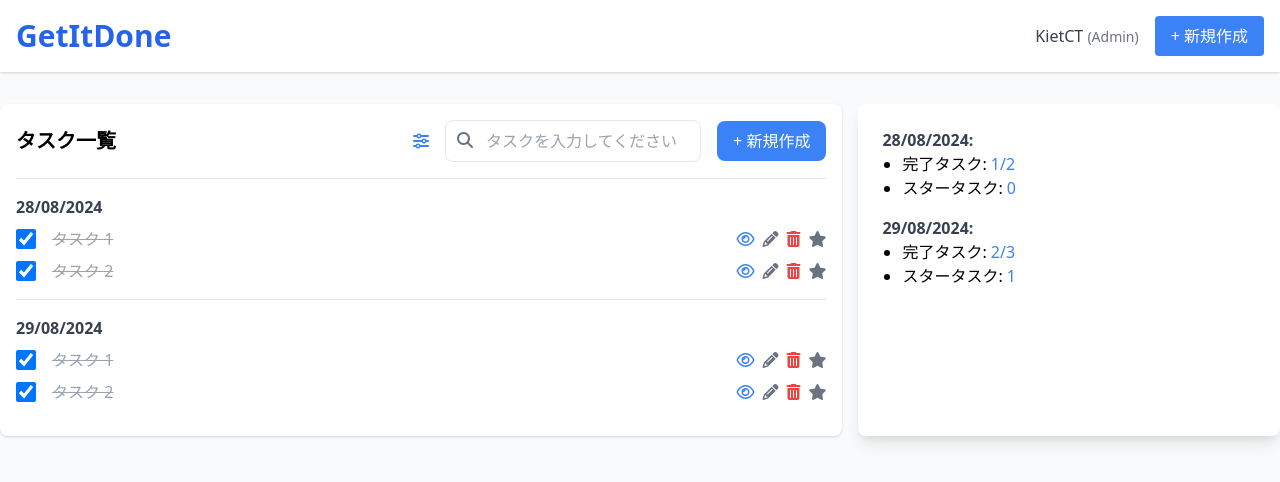
Repository: TuanAnhNguyen723/todolist
Page: mainscreen.html
The author's editor kept a copy of each file at every save. The page is drawn from the files as they stood at one save, then again after the next save.
The browser window is 1280 px wide. The pictures show the whole page.
Some web libraries are served in a nearby version.

Above is the page before, as saved 2024-09-24 22:01:32.

### mainscreen.html
<!DOCTYPE html>
<html lang="ja">
  <head>
    <meta charset="UTF-8" />
    <meta name="viewport" content="width=device-width, initial-scale=1.0" />
    <title>GetItDone Task List</title>
    <link
      href="https://cdn.jsdelivr.net/npm/tailwindcss@2.2.19/dist/tailwind.min.css"
      rel="stylesheet"
    />
    <link
      rel="stylesheet"
      href="https://cdnjs.cloudflare.com/ajax/libs/font-awesome/6.6.0/css/all.min.css"
    />
  </head>
  <body class="bg-gray-50">
    <!-- Header Section -->
    <header class="bg-white shadow p-4 flex justify-between items-center">
      <div class="flex items-center">
        <h1 class="text-3xl font-bold text-blue-600">GetItDone</h1>
      </div>
      <div class="flex items-center">
        <span class="text-gray-700 mr-4"
          >KietCT <span class="text-sm text-gray-500">(Admin)</span></span
        >
        <button class="bg-blue-500 text-white px-4 py-2 rounded">
          + 新規作成
        </button>
      </div>
    </header>

    <!-- Main Section -->
    <main class="container mx-auto mt-8">
      <div class="flex justify-between">

        <!-- Task List -->
        <div class="w-2/3 bg-white p-4 shadow rounded-lg">

          <div class="flex justify-between items-center mb-4">
            <!-- Task List Title -->
            <h2 class="text-xl font-bold">タスク一覧</h2>

            <div class="flex items-center space-x-4">
              <!-- Filter Icon -->
              <button class="text-blue-500 hover:text-gray-700">
                <i class="fas fa-sliders-h"></i>
              </button>

              <!-- Search Input with Icon -->
              <div class="relative">
                <input
                  type="text"
                  class="border rounded-lg pl-10 pr-3 py-2 w-64"
                  placeholder="タスクを入力してください"
                />
                <!-- Search Icon -->
                <i class="fas fa-search absolute left-3 top-3 text-gray-500"></i>
              </div>

              <!-- New Task Button -->
              <button class="bg-blue-500 text-white px-4 py-2 rounded-lg">
                + 新規作成
              </button>
            </div>
          </div>

          <!-- Task Group 1 -->
          <div class="mb-4 border-t pt-4">
            <h3 class="font-bold text-gray-700">28/08/2024</h3>

            <!-- Task 1 -->
            <div class="flex justify-between items-center space-x-4 my-2">
              <div class="flex items-center space-x-4">
                <input
                  type="checkbox"
                  class="form-checkbox h-5 w-5 toggle-complete"
                  checked
                />
                <span class="text-gray-400 line-through task-text"
                  >タスク 1</span
                >
              </div>
              <div class="flex space-x-2">
                <button class="text-blue-500 hover:text-blue-700">
                  <i class="fa fa-eye"></i>
                </button>
                <button class="text-gray-500 hover:text-gray-700">
                  <i class="fa fa-pencil"></i>
                </button>
                <button class="text-red-500 hover:text-red-700">
                  <i class="fa fa-trash"></i>
                </button>
                <button class="text-gray-500 hover:text-yellow-500 star-icon">
                  <i class="fa fa-star"></i>
                </button>
              </div>
            </div>

            <!-- Task 2 -->
            <div class="flex justify-between items-center space-x-4 my-2">
              <div class="flex items-center space-x-4">
                <input
                  type="checkbox"
                  class="form-checkbox h-5 w-5 toggle-complete"
                  checked
                />
                <span class="text-gray-400 line-through task-text"
                  >タスク 2</span
                >
              </div>
              <div class="flex space-x-2">
                <button class="text-blue-500 hover:text-blue-700">
                  <i class="fa fa-eye"></i>
                </button>
                <button class="text-gray-500 hover:text-gray-700">
                  <i class="fa fa-pencil"></i>
                </button>
                <button class="text-red-500 hover:text-red-700">
                  <i class="fa fa-trash"></i>
                </button>
                <button class="text-gray-500 hover:text-yellow-500 star-icon">
                  <i class="fa fa-star"></i>
                </button>
              </div>
            </div>
          </div>

          <!-- Task Group 2 -->
          <div class="mb-4 border-t pt-4">
            <h3 class="font-bold text-gray-700">29/08/2024</h3>

            <!-- Task 1 -->
            <div class="flex justify-between items-center space-x-4 my-2">
              <div class="flex items-center space-x-4">
                <input
                  type="checkbox"
                  class="form-checkbox h-5 w-5 toggle-complete"
                  checked
                />
                <span class="text-gray-400 line-through task-text"
                  >タスク 1</span
                >
              </div>
              <div class="flex space-x-2">
                <button class="text-blue-500 hover:text-blue-700">
                  <i class="fa fa-eye"></i>
                </button>
                <button class="text-gray-500 hover:text-gray-700">
                  <i class="fa fa-pencil"></i>
                </button>
                <button class="text-red-500 hover:text-red-700">
                  <i class="fa fa-trash"></i>
                </button>
                <button class="text-gray-500 hover:text-yellow-500 star-icon">
                  <i class="fa fa-star"></i>
                </button>
              </div>
            </div>

            <!-- Task 2 -->
            <div class="flex justify-between items-center space-x-4 my-2">
              <div class="flex items-center space-x-4">
                <input
                  type="checkbox"
                  class="form-checkbox h-5 w-5 toggle-complete"
                  checked
                />
                <span class="text-gray-400 line-through task-text"
                  >タスク 2</span
                >
              </div>
              <div class="flex space-x-2">
                <button class="text-blue-500 hover:text-blue-700">
                  <i class="fa fa-eye"></i>
                </button>
                <button class="text-gray-500 hover:text-gray-700">
                  <i class="fa fa-pencil"></i>
                </button>
                <button class="text-red-500 hover:text-red-700">
                  <i class="fa fa-trash"></i>
                </button>
                <button class="text-gray-500 hover:text-yellow-500 star-icon">
                  <i class="fa fa-star"></i>
                </button>
              </div>
            </div>
          </div>
        </div>

        <!-- Task Completion Summary (Hiển thị luôn, không dùng popup) -->
        <div id="task-summary" class="w-1/3 bg-white p-6 rounded-lg shadow-lg ml-4">
          <h3 class="font-bold text-gray-700">28/08/2024:</h3>
          <ul class="list-disc pl-5">
            <li>完了タスク: <span class="text-blue-500">1/2</span></li>
            <li>スタータスク: <span class="text-blue-500">0</span></li>
          </ul>

          <h3 class="font-bold text-gray-700 mt-4">29/08/2024:</h3>
          <ul class="list-disc pl-5">
            <li>完了タスク: <span class="text-blue-500">2/3</span></li>
            <li>スタータスク: <span class="text-blue-500">1</span></li>
          </ul>
        </div>
      </div>
    </main>

    <!-- Icons FontAwesome -->
    <script src="https://kit.fontawesome.com/a076d05399.js"></script>
    <script src="./mainscreen.js"></script>
  </body>
</html>

### mainscreen.js
// Lắng nghe sự kiện click trên phần tử cha
document.addEventListener("click", function (event) {
  // Khi người dùng click vào checkbox
  if (event.target.classList.contains("toggle-complete")) {
    const taskText = event.target.parentElement.querySelector(".task-text");
    if (event.target.checked) {
      taskText.classList.add("line-through", "text-gray-400");
    } else {
      taskText.classList.remove("line-through", "text-gray-400");
    }
  }

  // Khi người dùng click vào icon ngôi sao
  if (event.target.classList.contains("fa-star")) {
    const taskText =
      event.target.parentElement.parentElement.querySelector(".task-text");
    // Toggle màu ngôi sao
    event.target.classList.toggle("text-yellow-500");
    // Toggle màu chữ của task
    if (event.target.classList.contains("text-yellow-500")) {
      taskText.classList.add("text-yellow-600");
    } else {
      taskText.classList.remove("text-yellow-600");
    }
  }
});

After the next save:
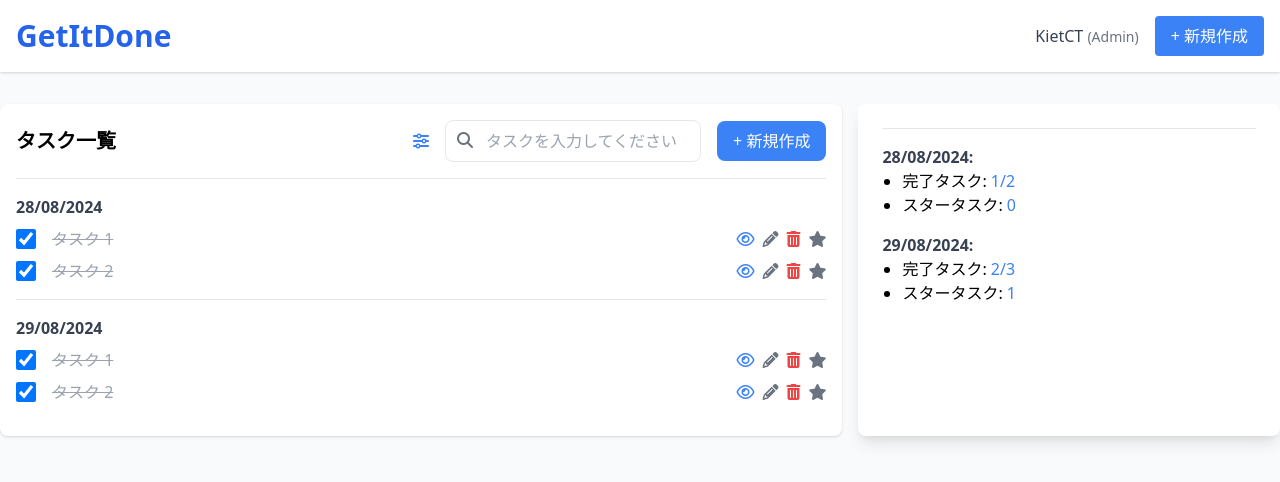
Saved 68 s later.
--- a/mainscreen.html
+++ b/mainscreen.html
@@ -189,7 +189,7 @@
 
         <!-- Task Completion Summary (Hiển thị luôn, không dùng popup) -->
         <div id="task-summary" class="w-1/3 bg-white p-6 rounded-lg shadow-lg ml-4">
-          <h3 class="font-bold text-gray-700">28/08/2024:</h3>
+          <h3 class="font-bold text-gray-700 border-t pt-4">28/08/2024:</h3>
           <ul class="list-disc pl-5">
             <li>完了タスク: <span class="text-blue-500">1/2</span></li>
             <li>スタータスク: <span class="text-blue-500">0</span></li>
